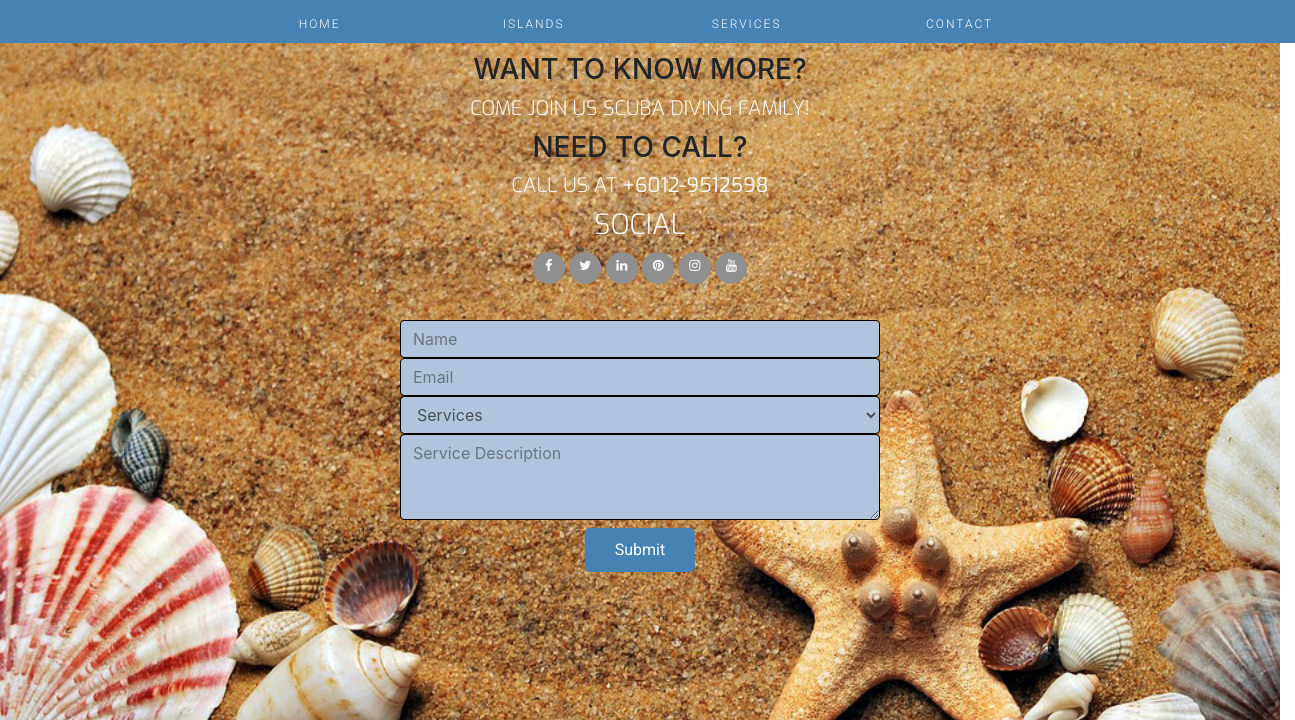
Repository: Code-Institute-Submissions/cathyann-diving.github.io
Page: contact.html
The author's editor kept a record of every edit. The page is drawn from the files as they stood at one moment, then again after the next edit.
The browser window is 1280 px wide. The page is 1295 px wide, so the pictures cover 1295 px, including what lies to the right of the window. The pictures show the whole page.

Above is the page before.

### contact.html
<!DOCTYPE html>
<html lang="en">

<head>
    <meta charset="UTF-8">
    <meta name="viewport" content="width=device-width, initial-scale=1.0">
    <meta http-equiv="X-UA-Compatible" content="ie=edge">
    <link rel="stylesheet" href="https://stackpath.bootstrapcdn.com/bootstrap/4.3.1/css/bootstrap.min.css" type="text/css">
    <link rel="stylesheet" href="https://stackpath.bootstrapcdn.com/font-awesome/4.7.0/css/font-awesome.min.css" type="text/css">
    <link rel="stylesheet" href="https://cdnjs.cloudflare.com/ajax/libs/hover.css/2.3.1/css/hover-min.css" type="text/css">
    <link rel="stylesheet" href="assets/css/style.css" type="text/css">
    <title>Diving</title>
</head>

<body>
    <div class="row">
        <div class="navbar">
            <div class="col">
                <ul id="nav" class="list-inline menucontainer">
                    <li class="col-0 col-sm-0 col-lg-2 list-inline-item menuitem"></li>
                    <li class="col-6 col-sm-3 col-lg-2 list-inline-item menuitem">
                        <a href="home.html" class="hvr-sweep-to-bottom"><span>Home</span></a>
                    </li>
                    <li class="col-6 col-sm-3 col-lg-2 list-inline-item menuitem">
                        <a href="islands.html" class="hvr-sweep-to-bottom"><span>Islands</span></a>
                    </li>
                    <li class="col-6 col-sm-3 col-lg-2 list-inline-item menuitem">
                        <a href="services.html" class="hvr-sweep-to-bottom"><span>Services</span></a>
                    </li>
                    <li class="col-6 col-sm-3 col-lg-2 list-inline-item menuitem">
                        <a href="contact.html" class="hvr-sweep-to-bottom"><span>Contact</span></a>
                    </li>
                    <li class="col-0 col-sm-0 col-lg-2 list-inline-item menuitem"></li>
                </ul>
            </div>
        </div>
    </div>
    <section class="container-fluid bg-contact">
        <div class="row bg-color-contact">
            <div class="col">
                <h3 class="uppercase text-center">Want to know more?</h3>
                <h5 class="contact-heading uppercase text-center">Come join us Scuba diving family!</h5>
                <h3 class="uppercase text-center">Need to call?</h3>
                <h5 class="contact-heading uppercase text-center">Call us at <b>+6012-9512598</b></h5>


                <h3 class="contact-heading uppercase text-center">Social</h3>
                <ul class="list-inline social-links">
                    <li class="list-inline-item">
                        <a href="#" target="_blank">
                        <i class="fa fa-facebook aria-hidden true"=">
                            <span class="sr-only">Facebook</span>
                        </i>
                        </a>
                    </li>
                    <li class="list-inline-item">
                        <a href="#" target="_blank">
                        <i class="fa fa-twitter aria-hidden true"=">
                            <span class="sr-only">Twitter</span>
                        </i>
                        </a>
                    </li>
                    <li class="list-inline-item">
                        <a href="#" target="_blank">
                        <i class="fa fa-linkedin aria-hidden true"=">
                            <span class="sr-only">Linkedin</span>
                        </i>
                        </a>
                    </li>
                    <li class="list-inline-item">
                        <a href="#" target="_blank">
                        <i class="fa fa-pinterest aria-hidden true"=">
                            <span class="sr-only">Pinterest</span>
                        </i>
                        </a>
                    </li>
                    <li class="list-inline-item">
                        <a href="#" target="_blank">
                        <i class="fa fa-instagram aria-hidden true"=">
                            <span class="sr-only">Instagram</span>
                        </i>
                        </a>
                    </li>
                    <li class="list-inline-item">
                        <a href="#" target="_blank">
                        <i class="fa fa-youtube aria-hidden true"=">
                            <span class="sr-only">Youtube</span>
                        </i>
                        </a>
                    </li>
                </ul>


                <div class="col center-form">
                    <form>
                        <input type="text" name="name" id="fullname" class="form-control" placeholder="Name" required/>
                        <input type="email" name="email" id="emailaddress" class="form-control" placeholder="Email" required/>
                        <select name="services" class="form-control">
                            <option hidden="services selected">Services</option>
                            <option value="trip">Trip</option>
                            <option value="courses">Courses</option>
                            <option value="transportation">Transportation</option>
                            <option value="equipments">Equipments</option>
                            <option value="equipment maintenance">Equipment Maintenance</option>
                            <option value="spare parts">Spare Parts</option>
                        </select>
                        <textarea rows="3" name="remark" id="service description" class="form-control" placeholder="Service Description" required></textarea>
                        <div class="form-row text-center">
                            <div class="col">
                                <button class="btn btn-primary" type="submit">Submit</button>
                            </div>
                        </div>
                    </form>
                </div>
            </div>
        </div>
    </section>

</body>

</html>

### assets/css/style.css
@import url('https://fonts.googleapis.com/css?family=Roboto:100,200,300,400,500,600,700|Exo:100,200,300,400,500,600,700');

/*--------------------------------------------bg image */

.bg-landing {
    position: fixed;
    background-image: url("../images/jellyfish.jpg");
    display: inline-block;
    background-position: center;
    background-repeat: no-repeat;
    background-size: cover;
    height: 100%;
    width: 100%;
    transition: all .5s ease-in-out;
    -moz-transition: all .5s ease-in-out;
    -webkit-transition: all .5s ease-in-out;
}

.bg-home {
    position: fixed;
    background-image: url("../images/diver.jpg");
    display: inline-block;
    background-position: center;
    background-repeat: no-repeat;
    background-size: cover;
    height: 100%;
    width: 100%;
    transition: all .5s ease-in-out;
    -moz-transition: all .5s ease-in-out;
    -webkit-transition: all .5s ease-in-out;
}

.bg-islands {
    position: fixed;
    background-image: url("../images/beach.jpg");
    display: inline-block;
    background-position: center;
    background-repeat: no-repeat;
    background-size: cover;
    height: 100%;
    width: 100%;
    transition: all .5s ease-in-out;
    -moz-transition: all .5s ease-in-out;
    -webkit-transition: all .5s ease-in-out;
}

.bg-services {
    position: fixed;
    background-image: url("../images/nemo.jpg");
    display: inline-block;
    background-position: center;
    background-repeat: no-repeat;
    background-size: cover;
    height: 100%;
    width: 100%;
    transition: all .5s ease-in-out;
    -moz-transition: all .5s ease-in-out;
    -webkit-transition: all .5s ease-in-out;
}

.bg-contact {
    position: fixed;
    background-image: url("../images/sea.jpg");
    display: inline-block;
    background-position: center;
    background-repeat: no-repeat;
    background-size: cover;
    height: 100%;
    width: 100%;
    transition: all .5s ease-in-out;
    -moz-transition: all .5s ease-in-out;
    -webkit-transition: all .5s ease-in-out;
}

/*--------------------------------------------btn */

.btn {
    position: absolute;
    top: 50%;
    left: 50%;
    transform: translate(-50%, -50%);
    -ms-transform: translate(-50%, -50%);
    background-color: #6495ed;
    color: #00008B;
    font-size: 16px;
    font-family: "Roboto", sans-serif;
    font-weight: 400;
    padding: 10px 30px;
    border: none;
    border-radius: 5px;
    text-align: center;
}

.btn span {
    display: inline-block;
    position: relative;
    transition: 0.5s;
}

.btn span:after {
    content: '\00bb';
    position: absolute;
    opacity: 0;
    top: 0;
    right: -20px;
    transition: 0.5s;
}

.btn:hover span {
    padding-right: 25px;
}

.btn:hover span:after {
    opacity: 1;
    right: 0;
}

.button {
    margin-top: 5px;
    margin-bottom: 10px;
    color: #00008B;
    background-color: #4682B4;
    padding: 5px 10px;
    border: none;
    font-family: "EXO", sans-serif;
}

.button a {
    text-decoration: none;
}

/*--------------------------------------------navbar */

.navbar {
    background-color: #4682B4;
    top: 0;
    width: 100%;
    padding: 0px;
}

.navbar a {
    display: block;
    color: #fff;
    text-align: center;
    padding: 10px 18px;
    text-decoration: none;
    font-size: 12px;
}

#nav li {
    font-size: 12px;
    padding: 0;
}

#nav {
    margin: 0;
}

.menuitem span {
    display: block;
    width: 100%;
    padding-top: 5px;
    text-align: center;
    text-transform: uppercase;
    font-family: "Roboto", sans-serif;
    font-size: 12px;
    font-weight: 300;
    letter-spacing: 2px;
}

.list-inline-item:not(:last-child) {
    margin: 0;
}

.menucontainer {
    font-size: 0;
}

/*--------------------------------------------Hover.css*/

.hvr-sweep-to-bottom:before {
    background: #008B8B;
    height: 100%;
    color: black;
}


/*--------------------------------------------Content */

.container {
    position: relative;
    max-width: 100%;
    margin: auto;
    height: 50%;
}


.container .content {
    position: absolute;
    background: rgb(0, 0, 0, 0.5);
    color: #f1f1f1;
    font-family: "EXO", sans-serif;
    font-size: 12px;
    font-weight: 300;
    padding: 30px;
}

.islands-intro {
    position: relative;
    margin: auto;
    max-width: 80%;
    color: #fff;
}

.islands-intro .contents {
    background: rgb(0, 0, 0, 0.5);
    color: #f1f1f1;
    font-family: "EXO", sans-serif;
    font-size: 12px;
    font-weight: 300;
    padding: 20px;
    text-align: justify;
}

.dive-center {
    position: relative;
    max-width: 50%;
    margin: 20px;
    background: rgb(0, 0, 0, 0.5);
    color: #f1f1f1;
    font-family: "EXO", sans-serif;
    font-size: 12px;
    font-weight: 300;
    padding: 20px;
    text-align: left;
}


/*--------------------------------------------Contact Form */

h3 {
    margin: 10px;
}

.contact-heading {
    font-family: "Exo", sans-serif;
    font-weight: 300;
    color: #fff;
}

.center-form {
    padding: 10px;
    margin: 0 auto;
    max-width: 40%;
}

button[type="submit"] {
    margin-top: 30px;
    margin-bottom: 20px;
    color: #fafafa;
    background-color: #4682B4;
}

.form-control {
    border: 1px solid black;
    font-family: inherit;
    background-color: #B0C4DE;
}


.social-links {
    position: relative;
    padding-bottom: 10px;
}

.social-links li a i {
    width: 32px;
    height: 32px;
    padding: 10px 0;
    border-radius: 50%;
    font-size: 13px;
    line-height: 7px;
    text-align: center;
    color: #fafafa;
    background: #8f8f8f;
    transition: all 0.35s ease-in-out;
    -moz-transition: all 0.35s ease-in-out;
    -webkit-transition: all 0.35s ease-in-out;
    -o-transition: all 0.35s ease-in-out;
}

.social-links li a i:hover {
    background: #e84610;
}

.uppercase {
    text-transform: uppercase;
}

.list-inline {
    text-align: center;
}

/*--------------------------------------------islands heading */

.islands-intro {
    padding: 30px;
}



/*--------------------------------------------media */

@media(max-width: 576px) {
    .dive-center {
        max-width: 100%;
    }

    .center-form {
        padding: 10px;
        margin: 0 auto;
        max-width: 70%;
    }

    .container-contact {
        height: 80%;
        width: 80%;
    }
}

}

After the next edit:
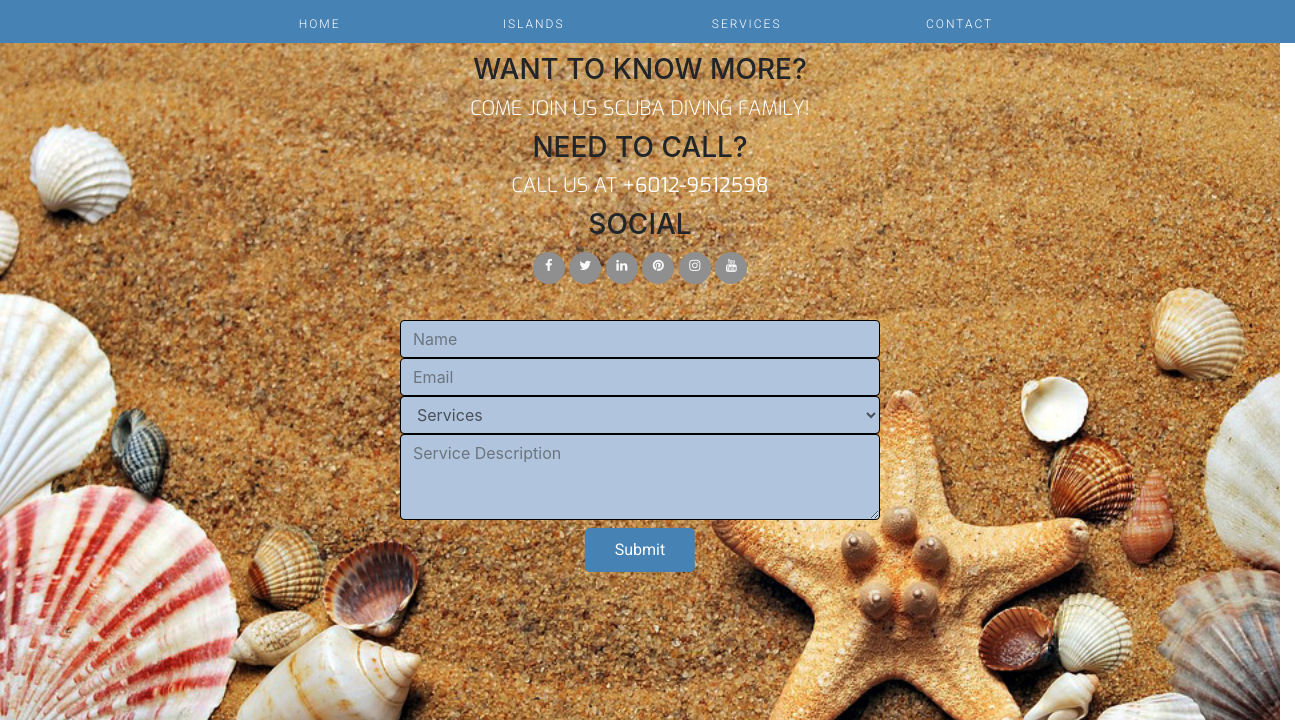
The edit:
--- a/contact.html
+++ b/contact.html
@@ -44,7 +44,7 @@
                 <h5 class="contact-heading uppercase text-center">Call us at <b>+6012-9512598</b></h5>
 
 
-                <h3 class="contact-heading uppercase text-center">Social</h3>
+                <h3 class="uppercase text-center">Social</h3>
                 <ul class="list-inline social-links">
                     <li class="list-inline-item">
                         <a href="#" target="_blank">
